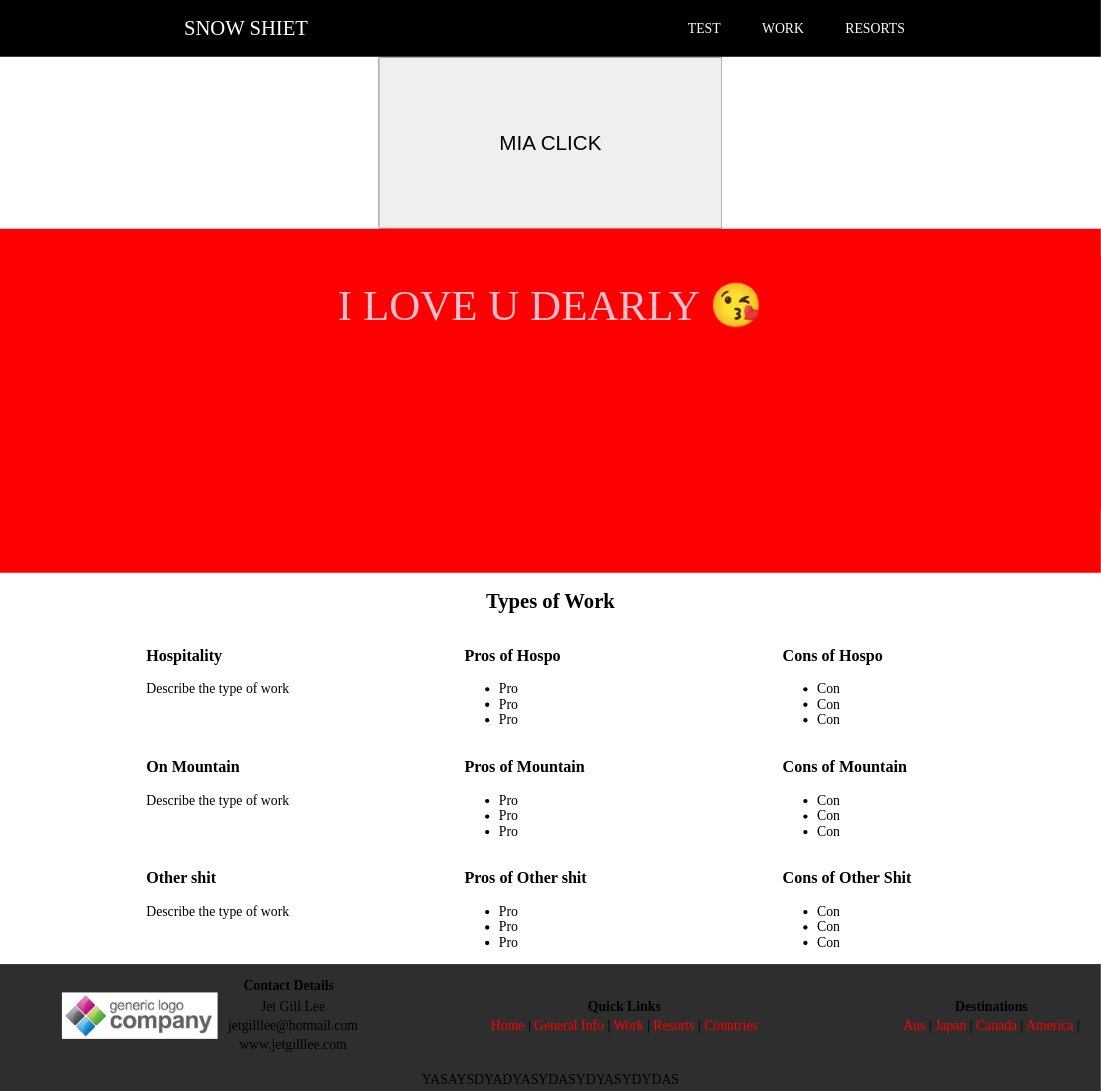
Repository: Jet-Gill-Lee/SnowSite
Page: work-overview.html
An editor plug-in stored every save of this project. The page is shown before and after the next save, followed by the edit.
The browser window is 1280 px wide. The pictures show the whole page, at 86% of full size.

Above is the page before, as saved 2021-07-25 00:15:52.

After the next save:
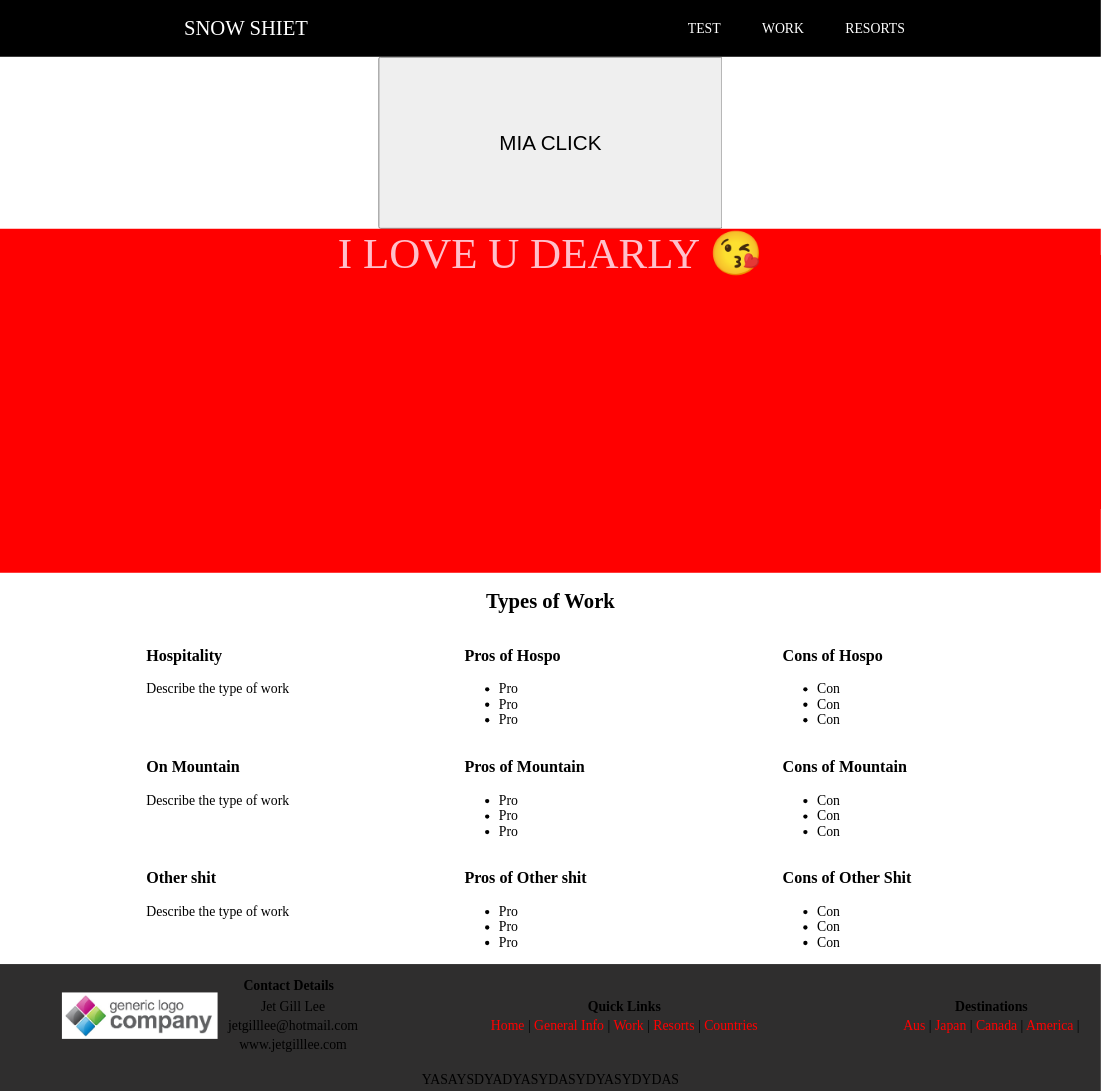
Saved 23 s later.
--- a/work-overview.html
+++ b/work-overview.html
@@ -27,7 +27,7 @@
     </div>
   </div>
   <button id="brodie-button" style='width:400px;height:200px;margin:auto;display:block;font-size:x-large'>MIA CLICK</button>
-  <div class="hero-text" style='width:100%;height:400px;font-size:50px;display:block;margin:auto;text-align:center;color:pink;background-color:red;padding-top:60px;'>I LOVE U DEARLY 😘</div>
+  <div class="hero-text" style='width:100%;height:400px;font-size:50px;display:block;margin:auto;text-align:center;color:pink;background-color:red;vertical-align:middle;'>I LOVE U DEARLY 😘</div>
 <!-- MAIN -->
   <div id="page-main">
     <div id="main-info">
